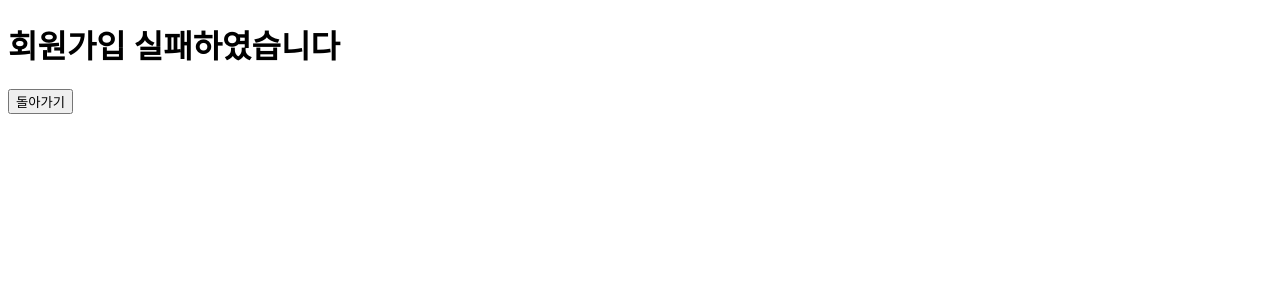
Repository: phoresis92/KITRI_JSP
Page: http://localhost/mvc_Subject/SignFail.jsp
An editor plug-in stored every save of this project. The page is shown before and after the next save, followed by the edit.
The browser window is 1280 px wide. The pictures show the whole page.
The page is served by Tomcat 9.

Above is the page before, as saved 2018-12-19 18:24:25.

After the next save:
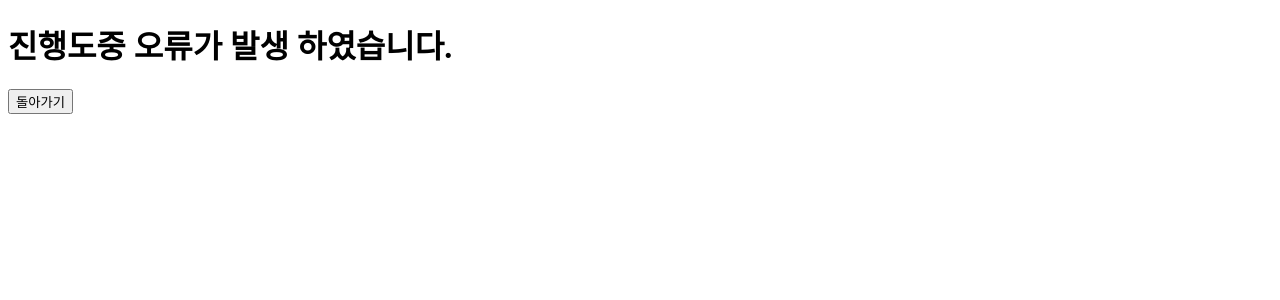
Saved 117 s later.
--- a/JSP_workspace/mvc_Subject/WebContent/SignFail.jsp
+++ b/JSP_workspace/mvc_Subject/WebContent/SignFail.jsp
@@ -4,7 +4,7 @@
 <html>
 <head>
 <meta charset="UTF-8">
-<title>회원가입 실패</title>
+<title>오류가 발생하였습니다</title>
 
 <script type="text/javascript">
 
@@ -16,7 +16,7 @@
 
 </head>
 <body>
-	<h1>회원가입 실패하였습니다</h1>
+	<h1>진행도중 오류가 발생 하였습니다.</h1>
 	<input type="button" value="돌아가기" onclick="rtbase()">
 </body>
 </html>
